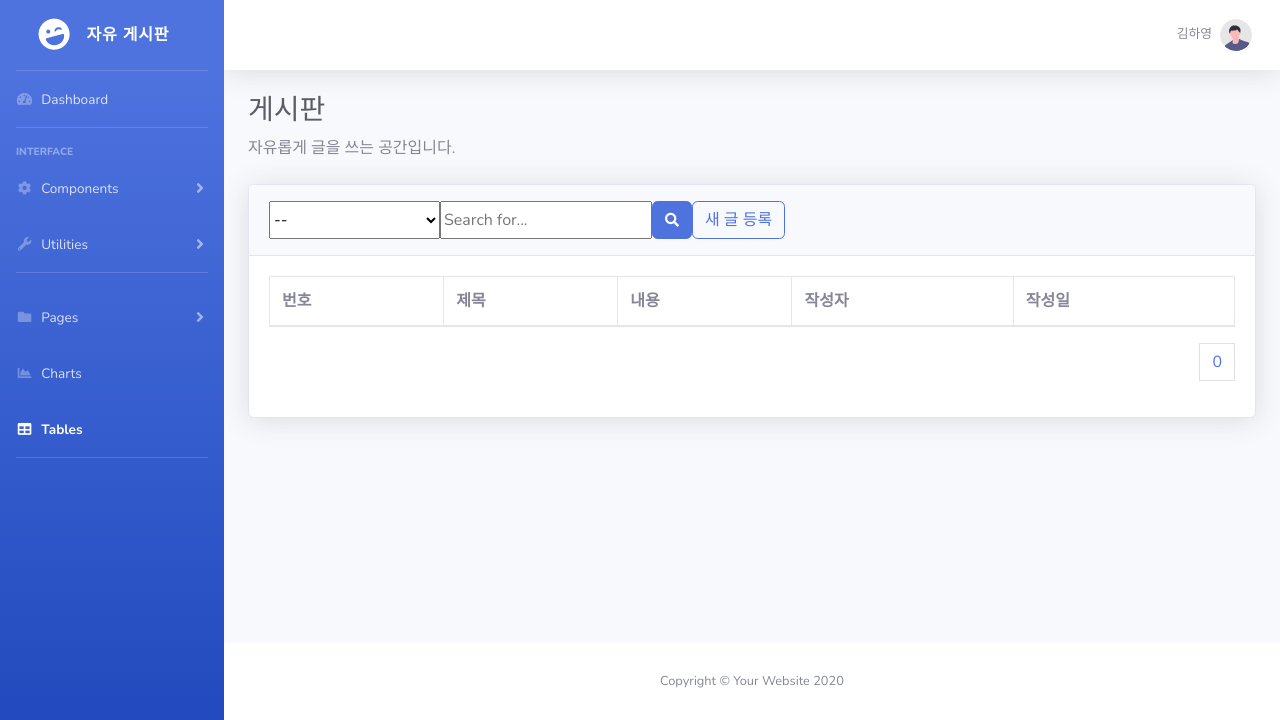
Repository: kimhayoungee/restBoard
Page: http://localhost/board/WEB-INF/views/board/list.jsp
An editor plug-in stored every save of this project. The page is shown before and after the next save, followed by the edit.
The browser window is 1280 px wide. The pictures show the whole page.
The page is served by Tomcat 9. Nobody is signed in. Other server files are loaded and not shown. The template is opened directly, without the code that normally fills it, so the values that code supplies are empty.

Above is the page before, as saved 2021-03-09 15:50:25.

### board/src/main/webapp/WEB-INF/views/board/list.jsp
<%@ page language="java" contentType="text/html; charset=UTF-8"
    pageEncoding="UTF-8"%>
<%@ taglib uri="http://java.sun.com/jsp/jstl/core" prefix="c" %>
<%@ taglib uri="http://java.sun.com/jsp/jstl/fmt" prefix="fmt"%>
<!DOCTYPE html>
<html lang="en">

<head>
	<%@include file="../includes/header.jsp" %>
	<title>게시글 목록</title>

	<script type="text/javascript">
		$(document).ready(function(){
			var result = '<c:out value="${result}" />';

			checkModal(result);

			history.replaceState({},null,null);

			function checkModal(result){
				if(result === '' || history.state){
					return;
				}

				if(parseInt(result) >0){
					$(".modal-body").html("처리가 완료되었습니다.");
				}

				$("#myModal").modal("show");
			}


			$("#regBtn").on("click", function(){
				self.location = "/board/register";
			});

			var actionForm = $("#actionForm");

			$(".page-link a").on("click", function(e){

				//a태그 말고 form태그로 이동하도록
				e.preventDefault();

				console.log('클릭');

				actionForm.find("input[name='pageNum']").val($(this).attr("href"));
				actionForm.submit();

			});

			$(".move").on("click", function(e){

				e.preventDefault();
				actionForm.append("<input type='hidden' name='bno' value='" + $(this).attr("href") + "'>");
				actionForm.attr("action", "/board/detail");
				actionForm.submit();

			});
		});
	</script>
</head>

<body id="page-top">

    <!-- Page Wrapper -->
    <div id="wrapper">

        <!-- Sidebar -->
        <ul class="navbar-nav bg-gradient-primary sidebar sidebar-dark accordion" id="accordionSidebar">

            <!-- Sidebar - Brand -->
            <a class="sidebar-brand d-flex align-items-center justify-content-center" href="index.html">
                <div class="sidebar-brand-icon rotate-n-15">
                    <i class="fas fa-laugh-wink"></i>
                </div>
                <div class="sidebar-brand-text mx-3">자유 게시판</div>
            </a>

            <!-- Divider -->
            <hr class="sidebar-divider my-0">

            <!-- Nav Item - Dashboard -->
            <li class="nav-item">
                <a class="nav-link" href="index.html">
                    <i class="fas fa-fw fa-tachometer-alt"></i>
                    <span>Dashboard</span></a>
            </li>

            <!-- Divider -->
            <hr class="sidebar-divider">

            <!-- Heading -->
            <div class="sidebar-heading">
                Interface
            </div>

            <!-- Nav Item - Pages Collapse Menu -->
            <li class="nav-item">
                <a class="nav-link collapsed" href="#" data-toggle="collapse" data-target="#collapseTwo"
                    aria-expanded="true" aria-controls="collapseTwo">
                    <i class="fas fa-fw fa-cog"></i>
                    <span>Components</span>
                </a>
                <div id="collapseTwo" class="collapse" aria-labelledby="headingTwo" data-parent="#accordionSidebar">
                    <div class="bg-white py-2 collapse-inner rounded">
                        <h6 class="collapse-header">Custom Components:</h6>
                        <a class="collapse-item" href="buttons.html">Buttons</a>
                        <a class="collapse-item" href="cards.html">Cards</a>
                    </div>
                </div>
            </li>

            <!-- Nav Item - Utilities Collapse Menu -->
            <li class="nav-item">
                <a class="nav-link collapsed" href="#" data-toggle="collapse" data-target="#collapseUtilities"
                    aria-expanded="true" aria-controls="collapseUtilities">
                    <i class="fas fa-fw fa-wrench"></i>
                    <span>Utilities</span>
                </a>
                <div id="collapseUtilities" class="collapse" aria-labelledby="headingUtilities"
                    data-parent="#accordionSidebar">
                    <div class="bg-white py-2 collapse-inner rounded">
                        <h6 class="collapse-header">Custom Utilities:</h6>
                        <a class="collapse-item" href="utilities-color.html">Colors</a>
                        <a class="collapse-item" href="utilities-border.html">Borders</a>
                        <a class="collapse-item" href="utilities-animation.html">Animations</a>
                        <a class="collapse-item" href="utilities-other.html">Other</a>
                    </div>
                </div>
            </li>

            <!-- Divider -->
            <hr class="sidebar-divider">

            <!-- Nav Item - Pages Collapse Menu -->
            <li class="nav-item">
                <a class="nav-link collapsed" href="#" data-toggle="collapse" data-target="#collapsePages"
                    aria-expanded="true" aria-controls="collapsePages">
                    <i class="fas fa-fw fa-folder"></i>
                    <span>Pages</span>
                </a>
                <div id="collapsePages" class="collapse" aria-labelledby="headingPages" data-parent="#accordionSidebar">
                    <div class="bg-white py-2 collapse-inner rounded">
                        <h6 class="collapse-header">Login Screens:</h6>
                        <a class="collapse-item" href="login.html">Login</a>
                        <a class="collapse-item" href="register.html">Register</a>
                        <a class="collapse-item" href="forgot-password.html">Forgot Password</a>
                        <div class="collapse-divider"></div>
                        <h6 class="collapse-header">Other Pages:</h6>
                        <a class="collapse-item" href="404.html">404 Page</a>
                        <a class="collapse-item" href="blank.html">Blank Page</a>
                    </div>
                </div>
            </li>

            <!-- Nav Item - Charts -->
            <li class="nav-item">
                <a class="nav-link" href="charts.html">
                    <i class="fas fa-fw fa-chart-area"></i>
                    <span>Charts</span></a>
            </li>

            <!-- Nav Item - Tables -->
            <li class="nav-item active">
                <a class="nav-link" href="tables.html">
                    <i class="fas fa-fw fa-table"></i>
                    <span>Tables</span></a>
            </li>

            <!-- Divider -->
            <hr class="sidebar-divider d-none d-md-block">

        </ul>
        <!-- End of Sidebar -->

        <!-- Content Wrapper -->
        <div id="content-wrapper" class="d-flex flex-column">

            <!-- Main Content -->
            <div id="content">

                <!-- Topbar -->
                <nav class="navbar navbar-expand navbar-light bg-white topbar mb-4 static-top shadow">

                    <!-- Sidebar Toggle (Topbar) -->
                    <form class="form-inline">
                        <button id="sidebarToggleTop" class="btn btn-link d-md-none rounded-circle mr-3">
                            <i class="fa fa-bars"></i>
                        </button>
                    </form>

                    <!-- Topbar Navbar -->
                    <ul class="navbar-nav ml-auto">

                        <!-- Nav Item - User Information -->
                        <li class="nav-item dropdown no-arrow">
                            <a class="nav-link dropdown-toggle" href="#" id="userDropdown" role="button"
                                data-toggle="dropdown" aria-haspopup="true" aria-expanded="false">
                                <span class="mr-2 d-none d-lg-inline text-gray-600 small">김하영</span>
                                <img class="img-profile rounded-circle"
                                    src="/resources/img/undraw_profile.svg">
                            </a>
                            <!-- Dropdown - User Information -->
                            <div class="dropdown-menu dropdown-menu-right shadow animated--grow-in"
                                aria-labelledby="userDropdown">
                                <a class="dropdown-item" href="#">
                                    <i class="fas fa-user fa-sm fa-fw mr-2 text-gray-400"></i>
                                    Profile
                                </a>
                                <a class="dropdown-item" href="#">
                                    <i class="fas fa-cogs fa-sm fa-fw mr-2 text-gray-400"></i>
                                    Settings
                                </a>
                                <div class="dropdown-divider"></div>
                                <a class="dropdown-item" href="#" data-toggle="modal" data-target="#logoutModal">
                                    <i class="fas fa-sign-out-alt fa-sm fa-fw mr-2 text-gray-400"></i>
                                    Logout
                                </a>
                            </div>
                        </li>

                    </ul>

                </nav>
                <!-- End of Topbar -->

                <!-- Begin Page Content -->
                <div class="container-fluid">

                    <!-- Page Heading -->
                    <h1 class="h3 mb-2 text-gray-800">게시판</h1>
                    <p class="mb-4">자유롭게 글을 쓰는 공간입니다.</p>

                    <!-- DataTales Example -->
                    <div class="card shadow mb-4">
                        <div class="card-header py-3" align="right">
		         			<form id='searchForm' action='/board/list' method='get' class="">
		                        <div class="input-group">
		                        	<!-- 검색부분 -->
		                        	<select name='type'>
		                        		<option value="">--</option>
		                        		<option value="T">제목</option>
		                        		<option value="C">내용</option>
		                        		<option value="I">작성자</option>
		                        		<option value="TC">제목 or 내용</option>
		                        		<option value="TI">제목 or 작성자</option>
		                        		<option value="TCI">제목 or 내용 or 작성자</option>
		                        	</select>
		                            <input type="text" name="keyword" placeholder="Search for...">
		                            <input type="hidden" name="pageNum" value="${pageMaker.cri.pageNum}">
		                            <input type="hidden" name="amount" value="${pageMaker.cri.amount}">

<!-- 		                            <div class="input-group-append"> -->
		                                <button class="btn btn-primary" type="button">
		                                    <i class="fas fa-search fa-sm"></i>
		                                </button>

                        				<button id='regBtn' type="button" class="btn btn-outline-primary" style="float:right;">새 글 등록</button>
<!-- 		                            </div> -->

		                        </div>
		                    </form>
                        </div>


                        <div class="card-body">
                            <div class="table-responsive">
                                <table class="table table-bordered" id="" width="100%" cellspacing="0">
                                    <thead>
                                    	<tr>
                                    		<th>번호</th>
                                    		<th>제목</th>
                                    		<th>내용</th>
                                    		<th>작성자</th>
                                    		<th>작성일</th>
                                    	</tr>
                                    </thead>

                					<c:forEach items="${boardList}" var="board">
                						<tr>
                							<td><c:out value="${board.bno}"></c:out></td>
                							<td>
                								<a class='move' href='<c:out value="${board.bno}"></c:out>'>
                								<c:out value="${board.btitle}"></c:out>
                								</a>
                							</td>
                							<td><c:out value="${board.bcontent}"></c:out></td>
                							<td><c:out value="${board.bid}"></c:out></td>
                							<td><fmt:formatDate pattern="yyyy-MM-dd" value="${board.bregdate}"></fmt:formatDate></td>
                						</tr>
                					</c:forEach>
                                </table>

                                <!-- 페이징 -->
								<div class="float-sm-right">
									<ul class="pagination">
										<c:if test="${pageMaker.prev}">
											<li class="page-link previous"><a href="${pageMaker.startPage -1}">Previous</a></li>
										</c:if>

										<c:forEach var="num" begin="${pageMaker.startPage}" end="${pageMaker.endPage}">
											<li class="page-link ${pageMaker.cri.pageNum == num ? "active":""} "><a href="${num}">${num}</a></li>
										</c:forEach>

										<c:if test="${pageMaker.next}">
											<li class="page-link next"><a href="${pageMaker.endPage +1}">Next</a></li>
										</c:if>
									</ul>
									<form id='actionForm' action="/board/list" method="get">
										<input type='hidden' name='pageNum' value='${pageMaker.cri.pageNum}'>
										<input type='hidden' name='amount' value='${pageMaker.cri.amount}'>
									</form>
								</div>

                                <!-- Modal창 -->
                                <div class="modal fade" id="myModal" tabindex="-1" role="dialog" aria-labelledby="myModalLabel" aria-hidden="true">
                                	<div class="modal-dialog">
                                		<div class="modal-content">
                                			<div class="modal-header">
                                				<button type="button" class="close" data-dismiss="modal" aria-hidden="true">&times;</button>
                                			</div>
                                			<div class="modal-body" align="center">처리가 완료되었습니다.</div>
                                			<div class="modal-footer">
                                 				<button type="button" class="btn btn-primary" data-dismiss="modal">Close</button>
<!--                                				<button type="button" class="btn btn-primary">Save changes</button> -->
                                			</div>
                                		</div>
                                	</div>
                                </div>
                                <!-- Modal창 끝 -->

                            </div>
                        </div>
                    </div>

                </div>
                <!-- /.container-fluid -->

            </div>
            <!-- End of Main Content -->

            <!-- Footer -->
            <footer class="sticky-footer bg-white">
                <div class="container my-auto">
                    <div class="copyright text-center my-auto">
                        <span>Copyright &copy; Your Website 2020</span>
                    </div>
                </div>
            </footer>
            <!-- End of Footer -->

        </div>
        <!-- End of Content Wrapper -->

    </div>
    <!-- End of Page Wrapper -->

	<%@include file="../includes/footer.jsp" %>
</body>

</html>

### board/src/main/webapp/WEB-INF/views/includes/header.jsp
    <meta charset="utf-8">
    <meta http-equiv="X-UA-Compatible" content="IE=edge">
    <meta name="viewport" content="width=device-width, initial-scale=1, shrink-to-fit=no">
    <meta name="description" content="">
    <meta name="author" content="">

    <!-- Custom fonts for this template -->
    <link href="/resources/vendor/fontawesome-free/css/all.min.css" rel="stylesheet" type="text/css">
    <link
        href="https://fonts.googleapis.com/css?family=Nunito:200,200i,300,300i,400,400i,600,600i,700,700i,800,800i,900,900i"
        rel="stylesheet">

    <!-- Custom styles for this template -->
    <link href="/resources/css/sb-admin-2.min.css" rel="stylesheet">

    <!-- Custom styles for this page -->
    <link href="/resources/vendor/datatables/dataTables.bootstrap4.min.css" rel="stylesheet">

    <script src="https://ajax.googleapis.com/ajax/libs/jquery/3.5.1/jquery.min.js"></script>

### board/src/main/webapp/WEB-INF/views/includes/footer.jsp
    <!-- Scroll to Top Button-->
    <a class="scroll-to-top rounded" href="#page-top">
        <i class="fas fa-angle-up"></i>
    </a>

    <!-- Logout Modal-->
    <div class="modal fade" id="logoutModal" tabindex="-1" role="dialog" aria-labelledby="exampleModalLabel"
        aria-hidden="true">
        <div class="modal-dialog" role="document">
            <div class="modal-content">
                <div class="modal-header">
                    <h5 class="modal-title" id="exampleModalLabel">Ready to Leave?</h5>
                    <button class="close" type="button" data-dismiss="modal" aria-label="Close">
                        <span aria-hidden="true">×</span>
                    </button>
                </div>
                <div class="modal-body">Select "Logout" below if you are ready to end your current session.</div>
                <div class="modal-footer">
                    <button class="btn btn-secondary" type="button" data-dismiss="modal">Cancel</button>
                    <a class="btn btn-primary" href="login.html">Logout</a>
                </div>
            </div>
        </div>
    </div>

    <!-- Bootstrap core JavaScript-->
<!--<script src="/resources/vendor/jquery/jquery.min.js"></script> -->
    <script src="/resources/vendor/bootstrap/js/bootstrap.bundle.min.js"></script>

    <!-- Core plugin JavaScript-->
    <script src="/resources/vendor/jquery-easing/jquery.easing.min.js"></script>

    <!-- Custom scripts for all pages-->
    <script src="/resources/js/sb-admin-2.min.js"></script>

    <!-- Page level plugins -->
    <script src="/resources/vendor/datatables/jquery.dataTables.min.js"></script>
    <script src="/resources/vendor/datatables/dataTables.bootstrap4.min.js"></script>

    <!-- Page level custom scripts -->
    <script src="/resources/js/demo/datatables-demo.js"></script>

    <script>
    	$(document).ready(function(){

    		$('#dataTables-example').DataTable({
    			responsive: true
    		});

    		$(".sidebar-nav").attr("class", "sidebar-nav navbar-collapse collapse")
    		                 .attr("aria-expanded", 'false')
    		                 .attr("style", "height:1px");
    	});
    </script>

### board/src/main/webapp/resources/img/undraw_profile.svg
<?xml version="1.0" encoding="utf-8"?>
<!-- Generator: Adobe Illustrator 25.0.0, SVG Export Plug-In . SVG Version: 6.00 Build 0)  -->
<svg version="1.1" id="Layer_1" xmlns="http://www.w3.org/2000/svg" xmlns:xlink="http://www.w3.org/1999/xlink" x="0px" y="0px"
	 viewBox="0 0 108.3 108.3" style="enable-background:new 0 0 108.3 108.3;" xml:space="preserve">
<style type="text/css">
	.st0{fill:#E6E6E6;}
	.st1{fill:#FFB8B8;}
	.st2{fill:#575A89;}
	.st3{fill:#2F2E41;}
</style>
<g id="Group_45" transform="translate(-191 -152.079)">
	<g id="Group_30" transform="translate(282.246 224.353)">
		<path id="Path_944" class="st0" d="M17.1-18.1c0,10.5-3,20.8-8.8,29.6c-1.2,1.9-2.5,3.6-4,5.3c-3.4,4-7.3,7.4-11.6,10.3
			c-1.2,0.8-2.4,1.5-3.6,2.2c-6.5,3.6-13.7,5.8-21,6.5c-1.7,0.2-3.4,0.2-5.1,0.2c-4.7,0-9.4-0.6-14-1.8c-2.6-0.7-5.1-1.6-7.6-2.6
			c-1.3-0.5-2.5-1.1-3.7-1.8c-2.9-1.5-5.6-3.3-8.2-5.3c-1.2-0.9-2.3-1.9-3.4-2.9C-95.8,1.3-97.1-33-76.8-54.9s54.6-23.3,76.5-2.9
			C10.8-47.6,17.1-33.2,17.1-18.1L17.1-18.1z"/>
		<path id="Path_945" class="st1" d="M-50.2-13.2c0,0,4.9,13.7,1.1,21.4s6,16.4,6,16.4s25.8-13.1,22.5-19.7s-8.8-15.3-7.7-20.8
			L-50.2-13.2z"/>
		<ellipse id="Ellipse_185" class="st1" cx="-40.6" cy="-25.5" rx="17.5" ry="17.5"/>
		<path id="Path_946" class="st2" d="M-51.1,34.2c-2.6-0.7-5.1-1.6-7.6-2.6l0.5-13.3l4.9-11c1.1,0.9,2.3,1.6,3.5,2.3
			c0.3,0.2,0.6,0.3,0.9,0.5c4.6,2.2,12.2,4.2,19.5-1.3c2.7-2.1,5-4.7,6.7-7.6L-8.8,9l0.7,8.4l0.8,9.8c-1.2,0.8-2.4,1.5-3.6,2.2
			c-6.5,3.6-13.7,5.8-21,6.5c-1.7,0.2-3.4,0.2-5.1,0.2C-41.8,36.1-46.5,35.4-51.1,34.2z"/>
		<path id="Path_947" class="st2" d="M-47.7-0.9L-47.7-0.9l-0.7,7.2l-0.4,3.8l-0.5,5.6l-1.8,18.5c-2.6-0.7-5.1-1.6-7.6-2.6
			c-1.3-0.5-2.5-1.1-3.7-1.8c-2.9-1.5-5.6-3.3-8.2-5.3l-1.9-9l0.1-0.1L-47.7-0.9z"/>
		<path id="Path_948" class="st2" d="M-10.9,29.3c-6.5,3.6-13.7,5.8-21,6.5c0.4-6.7,1-13.1,1.6-18.8c0.3-2.9,0.7-5.7,1.1-8.2
			c1.2-8,2.5-13.5,3.4-14.2l6.1,4L4.9,7.3l-0.5,9.5c-3.4,4-7.3,7.4-11.6,10.3C-8.5,27.9-9.7,28.7-10.9,29.3z"/>
		<path id="Path_949" class="st2" d="M-70.5,24.6c-1.2-0.9-2.3-1.9-3.4-2.9l0.9-6.1l0.7-0.1l3.1-0.4l6.8,14.8
			C-65.2,28.3-67.9,26.6-70.5,24.6L-70.5,24.6z"/>
		<path id="Path_950" class="st2" d="M8.3,11.5c-1.2,1.9-2.5,3.6-4,5.3c-3.4,4-7.3,7.4-11.6,10.3c-1.2,0.8-2.4,1.5-3.6,2.2l-0.6-2.8
			l3.5-9.1l4.2-11.1l8.8,1.1C6.1,8.7,7.2,10.1,8.3,11.5z"/>
		<path id="Path_951" class="st3" d="M-23.9-41.4c-2.7-4.3-6.8-7.5-11.6-8.9l-3.6,2.9l1.4-3.3c-1.2-0.2-2.3-0.2-3.5-0.2l-3.2,4.1
			l1.3-4c-5.6,0.7-10.7,3.7-14,8.3c-4.1,5.9-4.8,14.1-0.8,20c1.1-3.4,2.4-6.6,3.5-9.9c0.9,0.1,1.7,0.1,2.6,0l1.3-3.1l0.4,3
			c4.2-0.4,10.3-1.2,14.3-1.9l-0.4-2.3l2.3,1.9c1.2-0.3,1.9-0.5,1.9-0.7c2.9,4.7,5.8,7.7,8.8,12.5C-22.1-29.8-20.2-35.3-23.9-41.4z"
			/>
		<ellipse id="Ellipse_186" class="st1" cx="-24.9" cy="-26.1" rx="1.2" ry="2.4"/>
	</g>
</g>
</svg>

Loaded but not shown: board/src/main/webapp/resources/css/sb-admin-2.min.css (library); board/src/main/webapp/resources/js/sb-admin-2.min.js (common file); board/src/main/webapp/resources/js/demo/datatables-demo.js (common file)

After the next save:
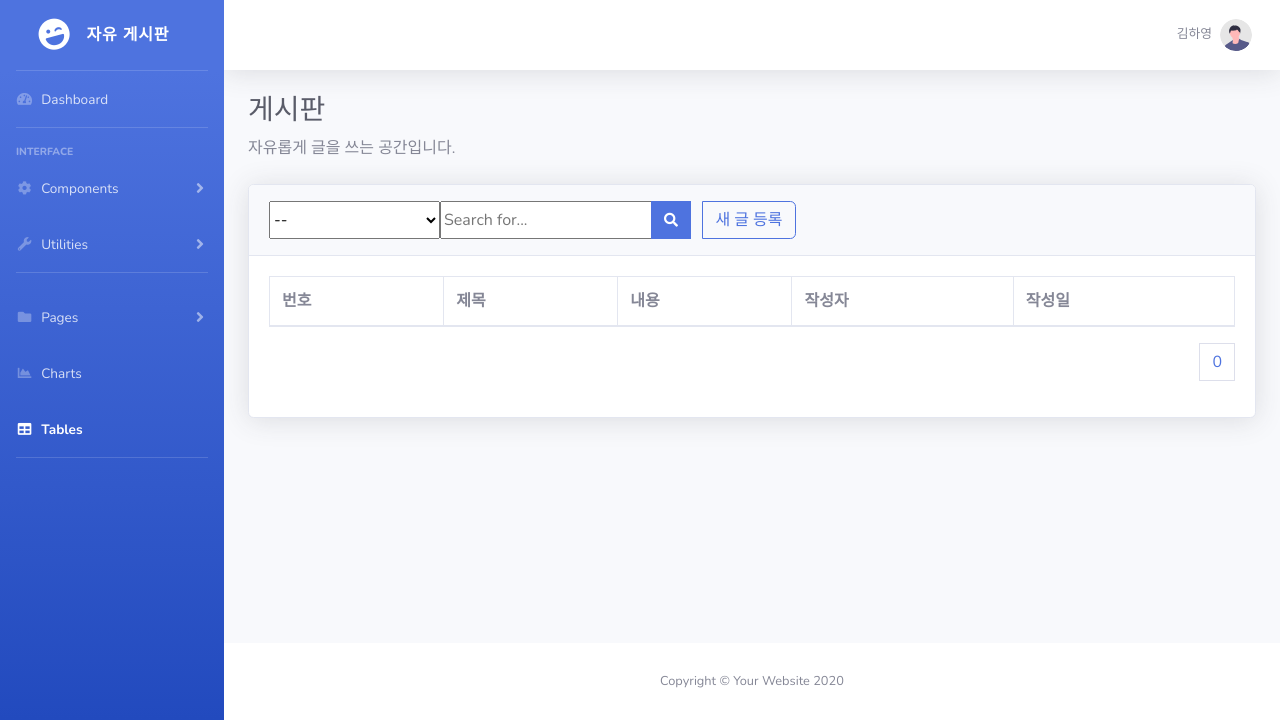
Saved 17 s later.
--- a/board/src/main/webapp/WEB-INF/views/board/list.jsp
+++ b/board/src/main/webapp/WEB-INF/views/board/list.jsp
@@ -250,13 +250,13 @@
 		                            <input type="hidden" name="pageNum" value="${pageMaker.cri.pageNum}">
 		                            <input type="hidden" name="amount" value="${pageMaker.cri.amount}">
 
-<!-- 		                            <div class="input-group-append"> -->
+		                            <div class="input-group-append">
 		                                <button class="btn btn-primary" type="button">
 		                                    <i class="fas fa-search fa-sm"></i>
 		                                </button>
-
-                        				<button id='regBtn' type="button" class="btn btn-outline-primary" style="float:right;">새 글 등록</button>
-<!-- 		                            </div> -->
+		                                &nbsp;&nbsp;&nbsp;
+                        				<button id='regBtn' type="button" class="btn btn-outline-primary" >새 글 등록</button>
+		                            </div>
 
 		                        </div>
 		                    </form>
